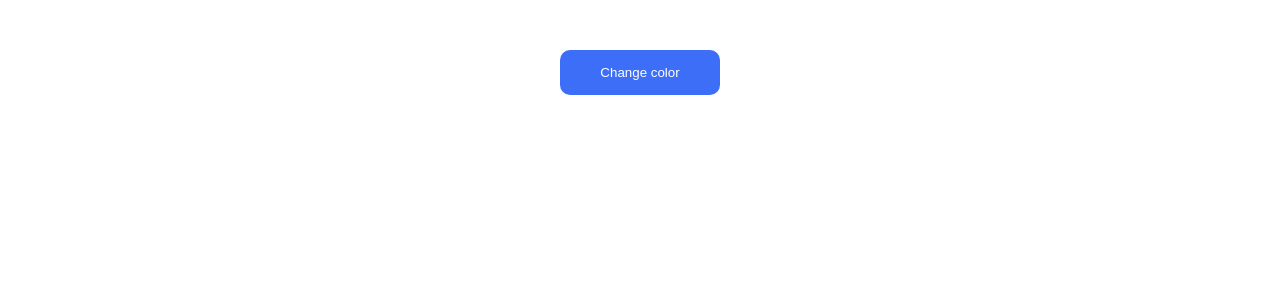
Repository: tungts3qb/Javascript
Page: background-changing.html
The author's editor kept a copy of each file at every save. The page is drawn from the files as they stood at one save, then again after the next save.
The browser window is 1280 px wide. The pictures show the whole page.
After loading, the first visible `button.change` was clicked once.

Above is the page before, as saved 2022-12-22 23:18:43.

### background-changing.html
<!DOCTYPE html>
<html lang="en">
  <head>
    <meta charset="UTF-8" />
    <meta http-equiv="X-UA-Compatible" content="IE=edge" />
    <meta name="viewport" content="width=device-width, initial-scale=1.0" />
    <link rel="stylesheet" href="style.css" />
    <title>Document</title>
  </head>
  <body>
    <button class="change">Change color</button>
    <script src="./background-changing.js"></script>
  </body>
</html>

### style.css
.button {
  padding: 20px;
  color: white;
  background-color: #ffa400;
  border: 0;
  margin: 50px auto;
  display: block;
  width: 300px;
  font-family: "Poppins", sans-serif;
}

.change {
  display: block;
  padding: 15px 40px;
  border-radius: 10px;
  border: 0;
  color: white;
  font-family: "Poppins", sans-serif;
  margin: 50px auto;
  background-color: #3d6ef7;
}

### background-changing.js
const button = document.querySelector(".change");
const colors = [
  "#ffa400",
  "#00aefd",
  "#07a787",
  "#ffb86c",
  "#2979ff",
  "#e74c3c",
];
button.addEventListener("click", function () {});

After the next save:
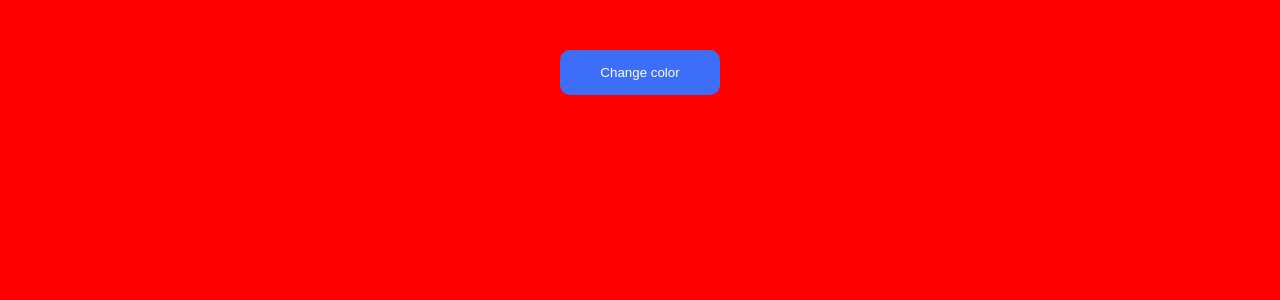
Saved 54 s later.
--- a/background-changing.js
+++ b/background-changing.js
@@ -7,4 +7,6 @@ const colors = [
   "#2979ff",
   "#e74c3c",
 ];
-button.addEventListener("click", function () {});
+button.addEventListener("click", function () {
+  document.body.setAttribute("style", "background-color : red");
+});
